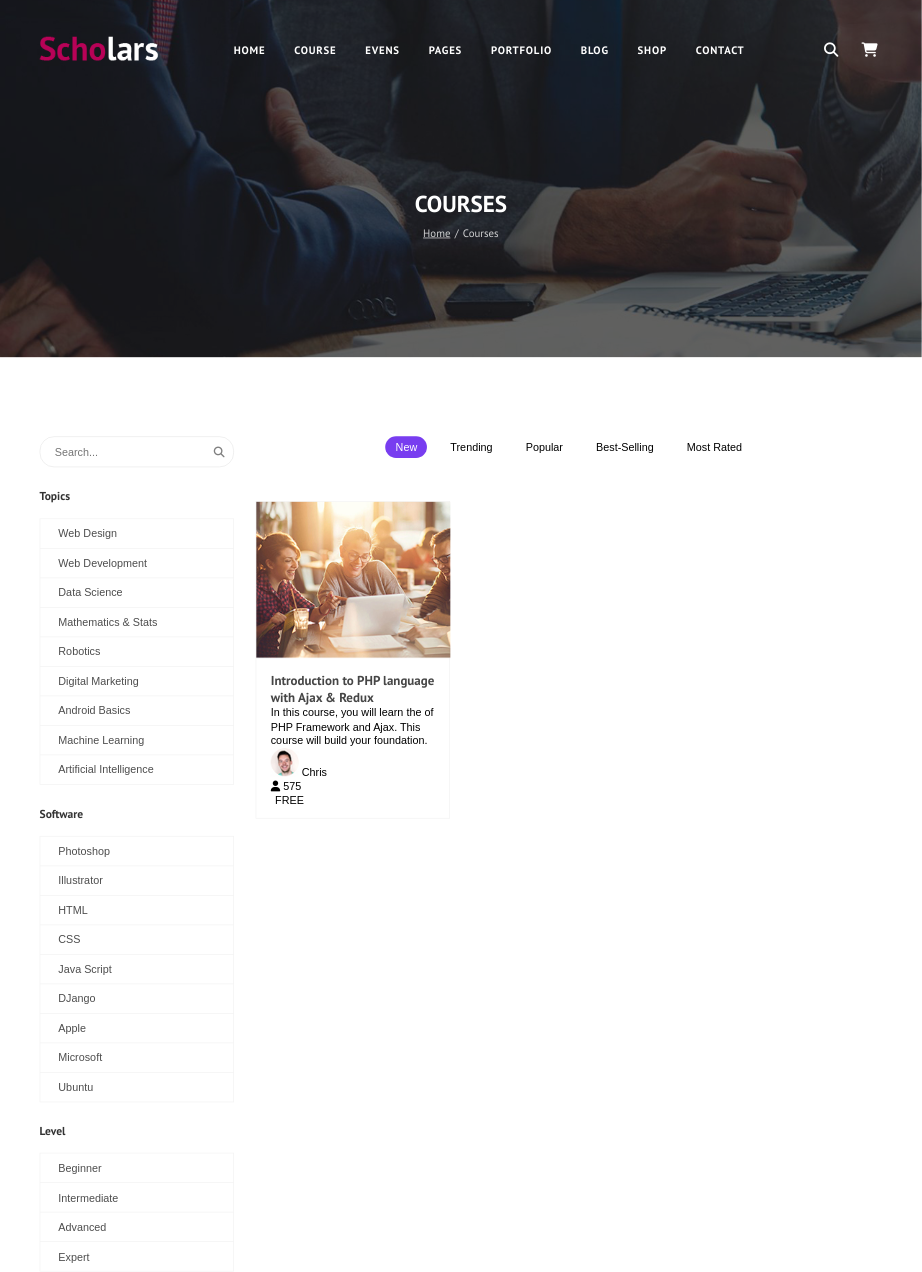
Repository: lannguyen1301/f8-zoom-day-7
Page: index.html
An editor plug-in stored every save of this project. The page is shown before and after the next save, followed by the edit.
The browser window is 1280 px wide. The pictures show the whole page, at 72% of full size.
Some web fonts or font styles are not loaded; a fallback is used.

Above is the page before, as saved 2025-04-25 12:37:10.

After the next save:
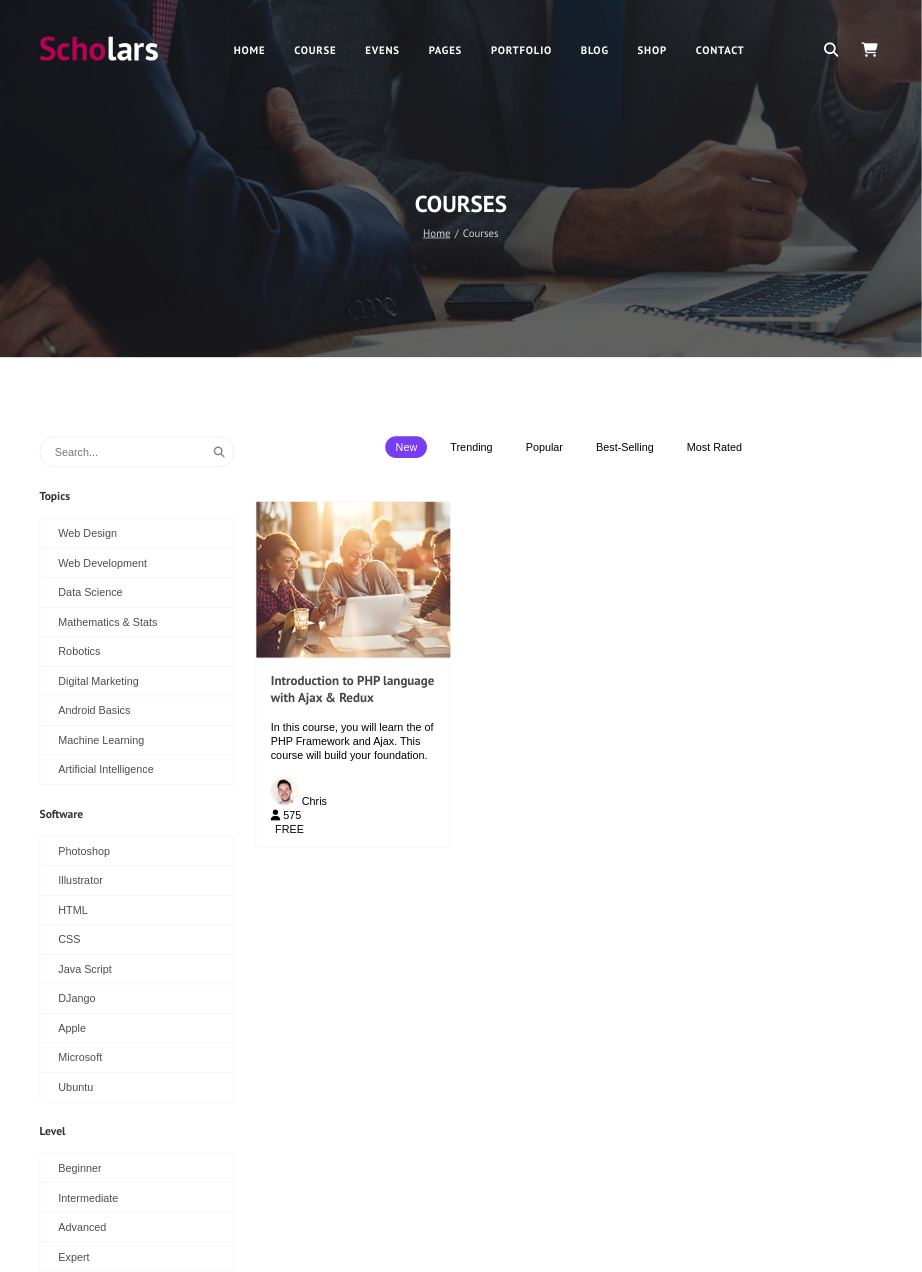
Saved 3 min 34 s later.
--- a/assets/css/style.css
+++ b/assets/css/style.css
@@ -287,3 +287,7 @@ ul.menu li + li {
     color: #464646;
     text-decoration: none;
 }
+
+.courses-item .course-desc {
+    margin: 20px 0;
+}
